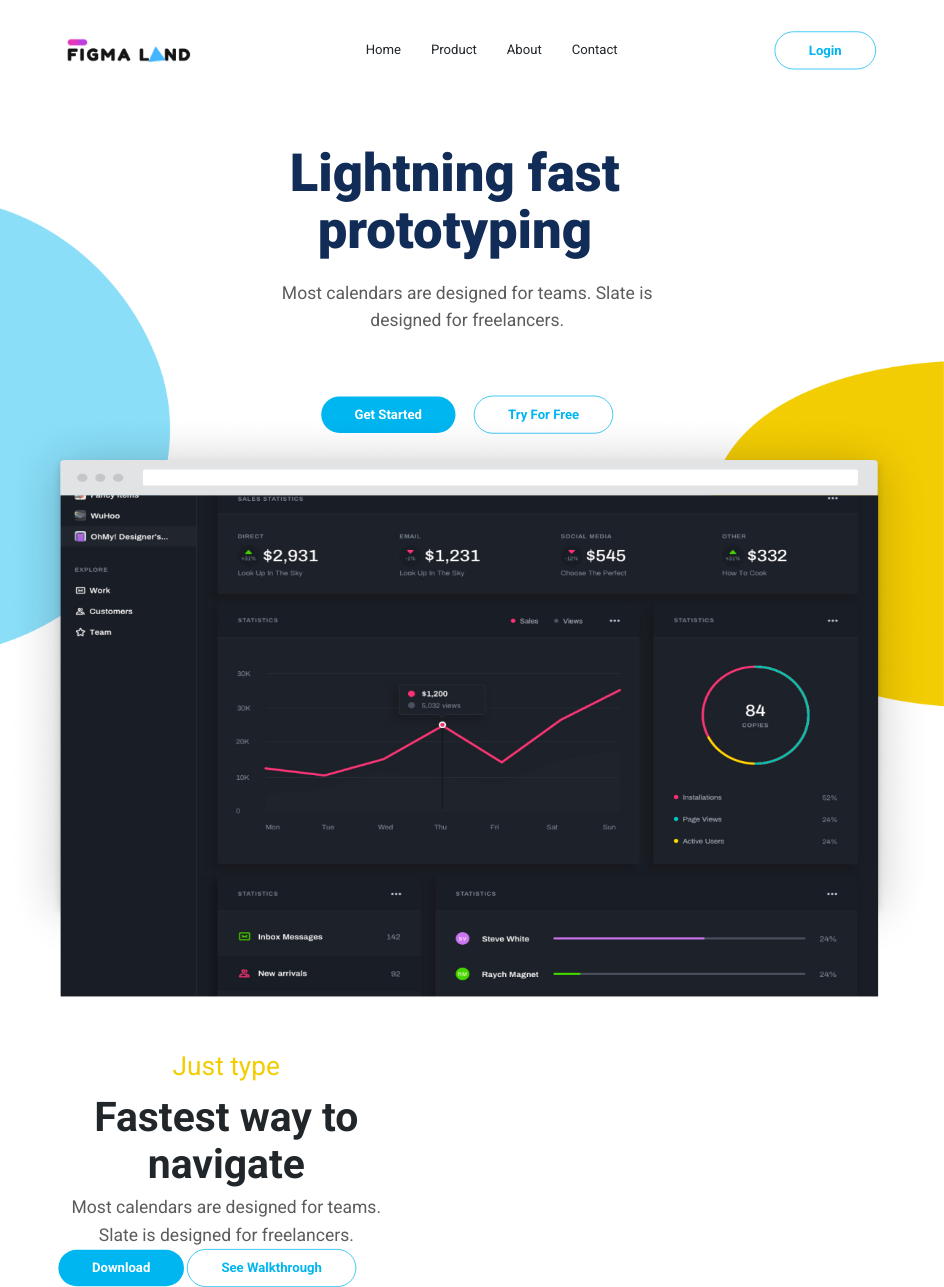
Repository: tungcutte35/Figma-Land
Page: sass/index.html
The author's editor kept a copy of each file at every save. The page is drawn from the files as they stood at one save, then again after the next save.
The browser window is 1280 px wide. The page is 1293 px wide, so the pictures cover 1293 px, including what lies to the right of the window. The pictures show the whole page, at 73% of full size.
The style sheet was rebuilt from its Sass, Less or Tailwind sources for each picture, by a compiler version that may differ from the author's.

Above is the page before, as saved 2021-10-23 17:18:16.

After the next save:
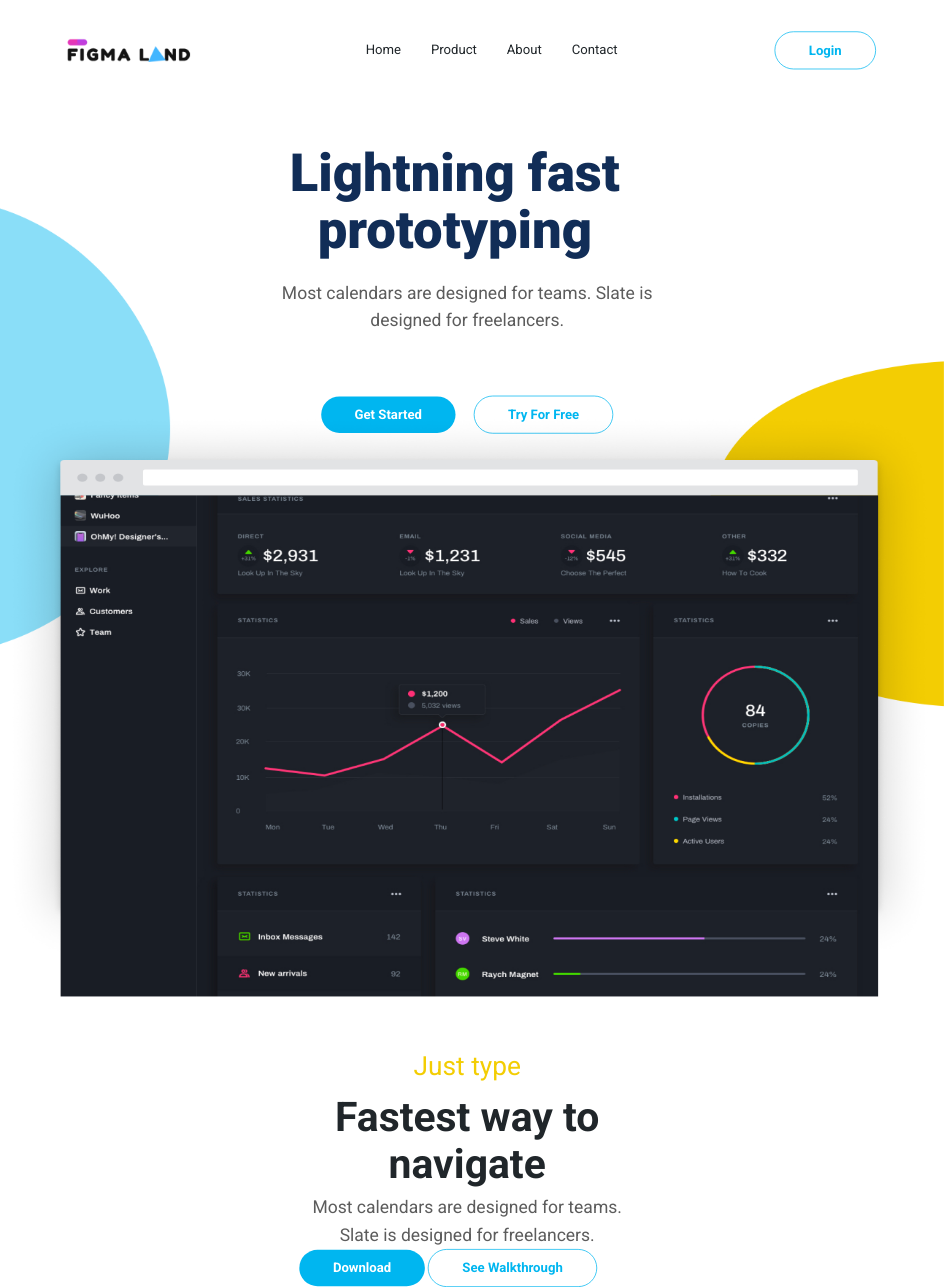
Saved 28 s later.
--- a/sass/_fastest.scss
+++ b/sass/_fastest.scss
@@ -1,9 +1,9 @@
 .fastest {
   &-container {
     margin: 0 auto;
+    max-width: 460px;
   }
   &-header {
-    max-width: 460px;
     text-align: center;
   }
   &-type {
